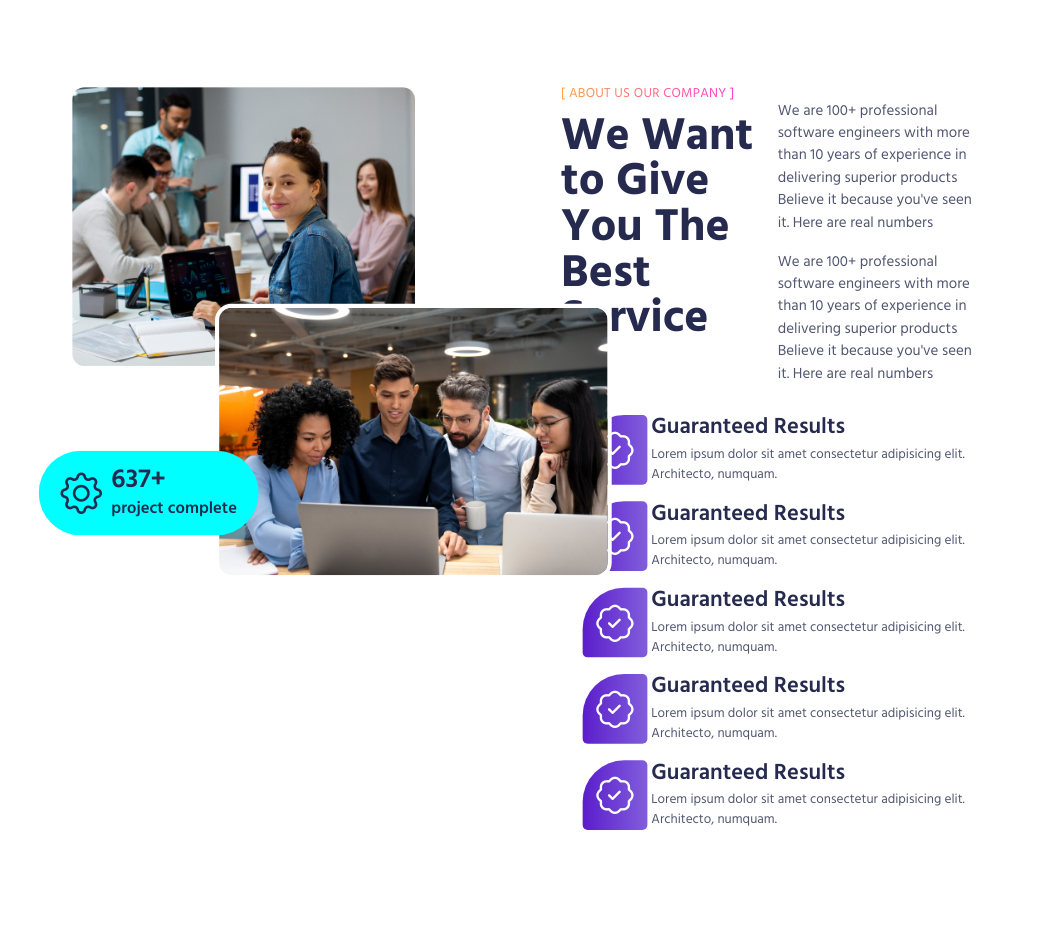
Repository: tagnam/mirehel2.0
Page: about.html
An editor plug-in stored every save of this project. The page is shown before and after a run of saves, followed by the edit.
The browser window is 1280 px wide. The pictures show the whole page, at 83% of full size.

Above is the page before, as saved 2025-02-03 12:24:40.

After the next 5 saves:
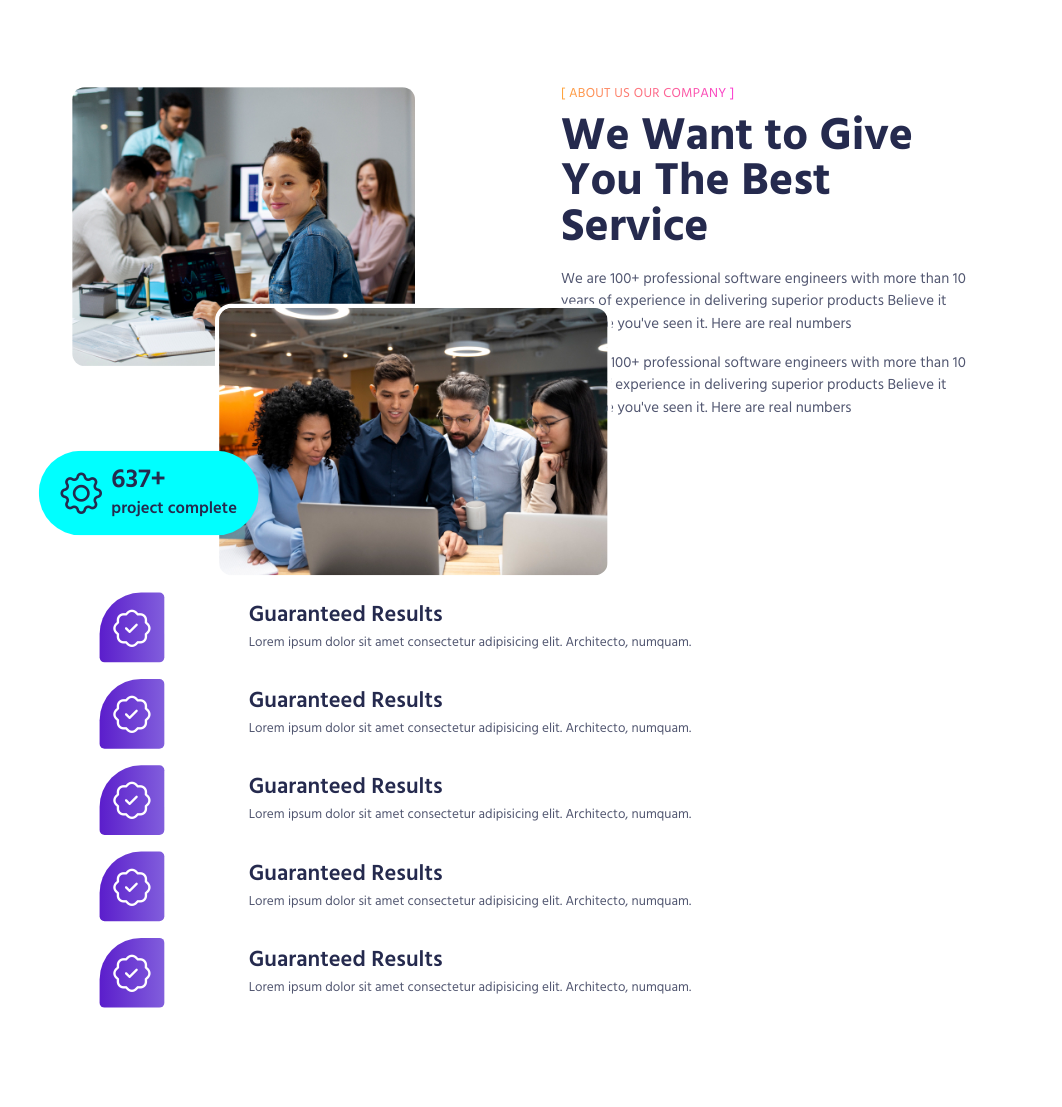
The 5 saves are shown as one change because they came seconds apart.
The last was saved 61 s later.
--- a/about.html
+++ b/about.html
@@ -37,17 +37,17 @@
             </div>
             <div class="col-lg-6">
                 <div class="container-fluid " style="margin-bottom: 20px;">
-                    <div class="row">
-                        <div class="col-lg-6">
+
+
                             <h3 class="sub-heading">[ about us our company ]</h3>
                             <h1 class="title">We Want to Give You  The Best Service</h1>
-                        </div>
-                        <div class="col-lg-6">
+
+
                             <div class="about-text">
                                 <p>We are 100+ professional software engineers with more than 10 years of experience in delivering superior products Believe it because you've seen it. Here are real numbers</p>
                                 <p>We are 100+ professional software engineers with more than 10 years of experience in delivering superior products Believe it because you've seen it. Here are real numbers</p>
 
-                            </div>
+
                         </div>
                     </div>
                 </div>
